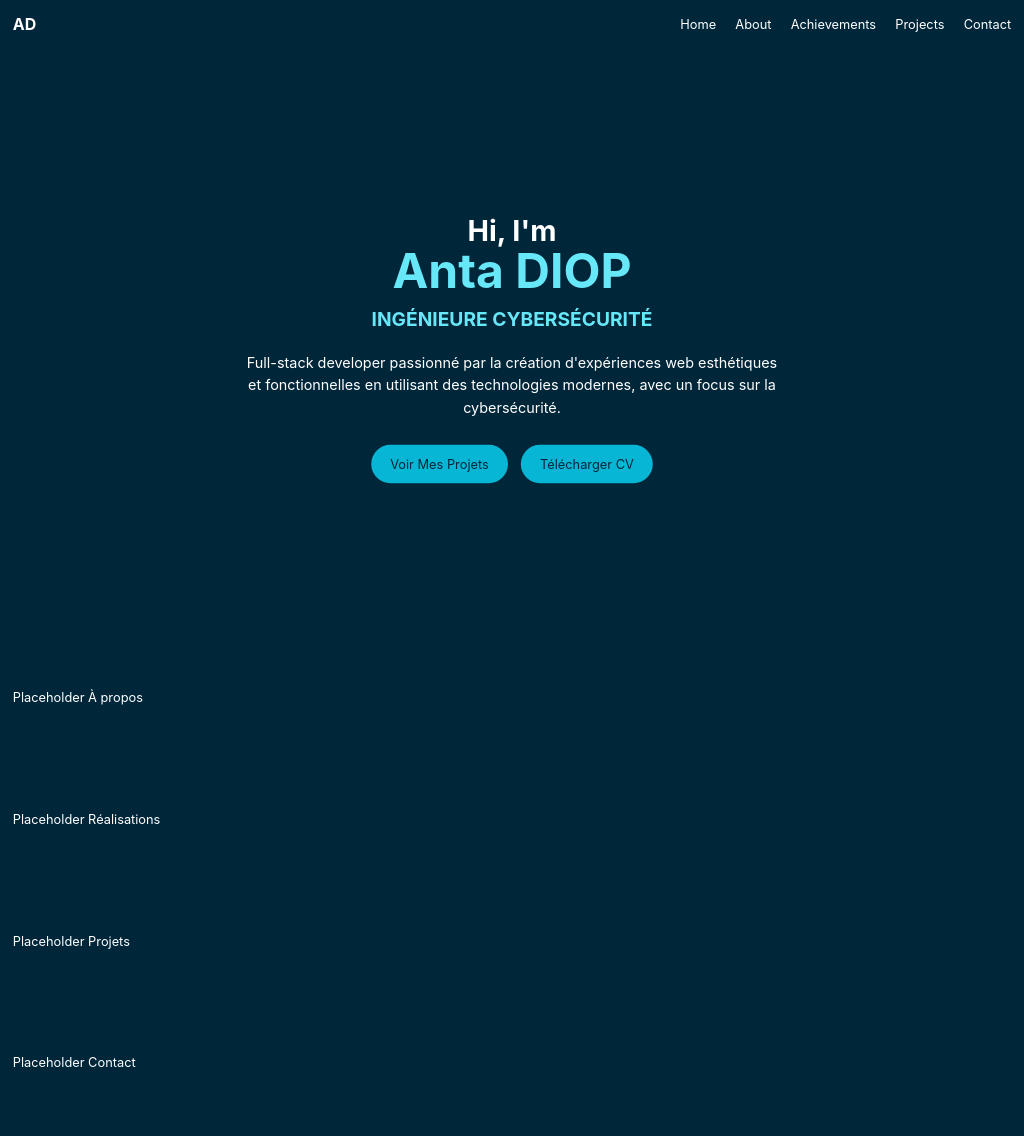
Repository: AntaaaKD/Mon-Portfolio
Page: /
An editor plug-in stored every save of this project. The page is shown before and after a run of saves, followed by the edit.
The browser window is 1280 px wide. The pictures show the whole page, at 80% of full size.
The project was rebuilt for these pictures with package versions that can differ from the ones it lists, and the page was loaded fresh each time.

Above is the page before, as saved 2026-01-14 18:39:04.

After the next 2 saves:
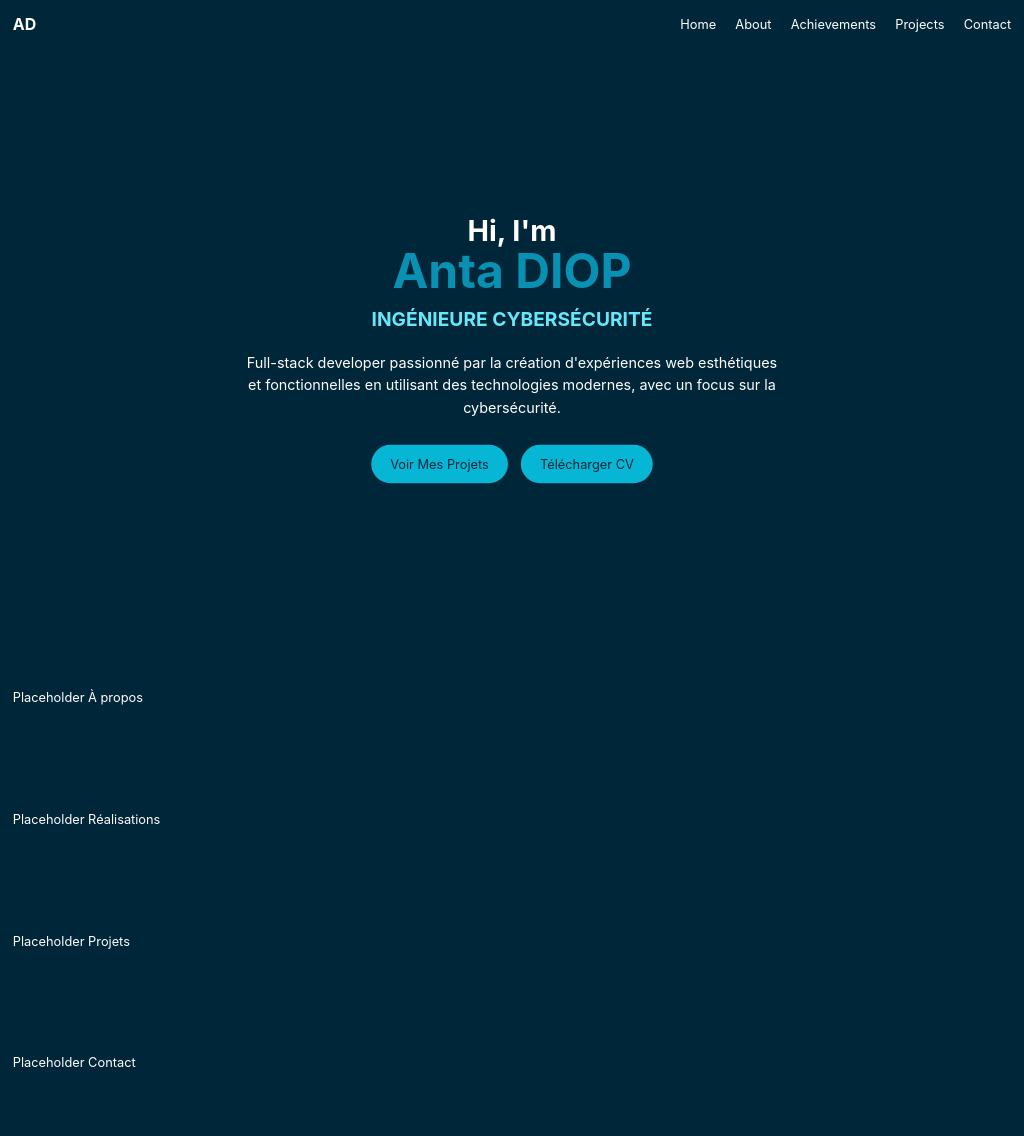
The 2 saves are shown as one change because they came seconds apart.
The last was saved 14 s later.
--- a/src/components/Home.jsx
+++ b/src/components/Home.jsx
@@ -3,7 +3,7 @@ import React from 'react';
 const Home = () => {
   return (
     <section id="home" className="flex flex-col items-center justify-center h-screen text-center px-4">
-      <h1 className="text-4xl font-bold"> Hi, I'm</h1><h1 className="text-6xl font-bold text-cyan-300 mb-4">Anta DIOP</h1>
+      <h1 className="text-4xl font-bold"> Hi, I'm</h1><h1 className="text-6xl font-bold text-cyan-600 mb-4">Anta DIOP</h1>
       <h2 className="text-2xl font-bold text-cyan-300 mb-6">INGÉNIEURE CYBERSÉCURITÉ</h2>
       <p className="text-lg mb-8 max-w-2xl">Full-stack developer passionné par la création d'expériences web esthétiques et fonctionnelles en utilisant des technologies modernes, avec un focus sur la cybersécurité.</p>
       <div className="flex space-x-4">
